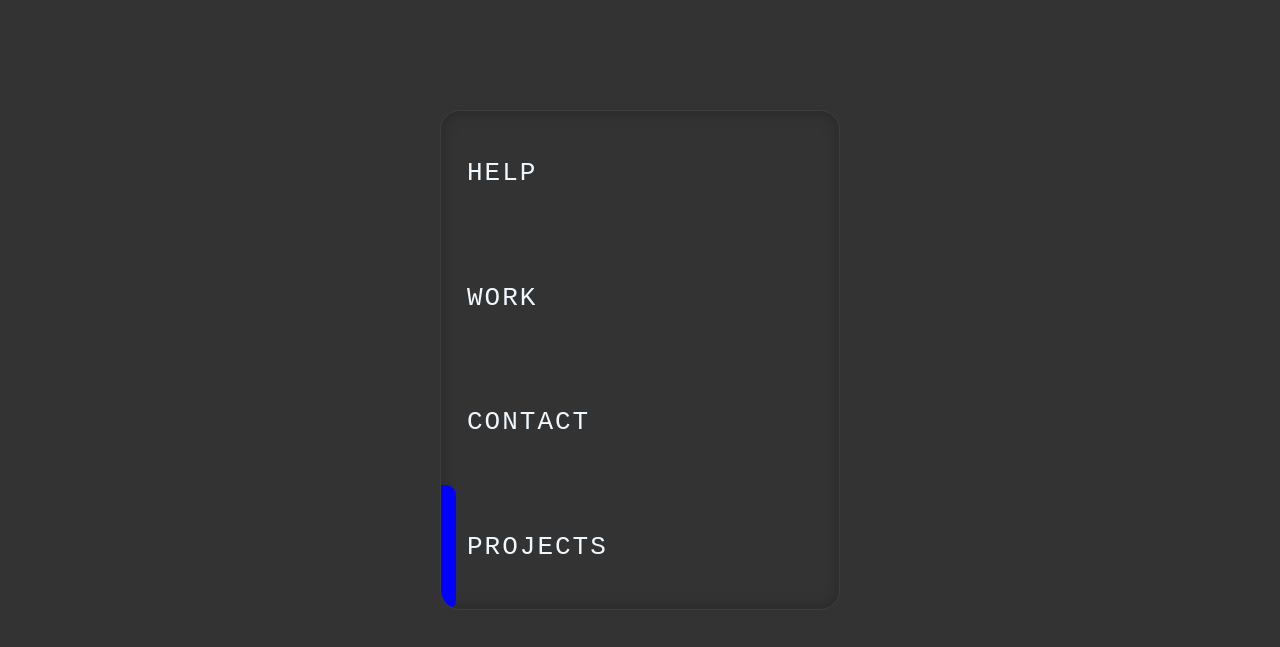
Repository: Rostyk-qq/Projects_Web
Page: menuRanLine/ranLine.html
These files come from the project's save history. The page is drawn as it stood at one moment and after a run of saves; the edit follows.
The browser window is 1280 px wide. The pictures show the whole page.

Above is the page before, as saved 2023-09-30 03:07:17.

### menuRanLine/ranLine.html
<!DOCTYPE html>
<html lang="en">
<head>
    <meta charset="UTF-8">
    <meta name="viewport" content="width=device-width, initial-scale=1.0">
    <link rel="stylesheet" href="./ranLine.css">
    <title>Document</title>
</head>
<body>
    <div class="wrapper">
        <ul class="menu">
            <li data-active-color="red" class="menu__list">
                <a href="#" class="menu__link">Help</a>
            </li>
            <li data-active-color="yellow"  class="menu__list">
                <a href="#" class="menu__link">Work</a>
            </li>
            <li data-active-color="green"  class="menu__list">
                <a href="#" class="menu__link">Contact</a>
            </li>
            <li data-active-color="blue"  class="menu__list _active">
                <a href="#" class="menu__link">Projects</a>
            </li>

            <div class="container__line">
                <div class="line"></div>
            </div>
        </ul>
    </div>
    <script src="./ranLine.js" ></script>
</body>
</html>

### menuRanLine/ranLine.css
*{
    margin: 0;
    padding: 0;
    box-sizing: border-box;
}
body{
    width: 100vw;
    height: 100vh;
    overflow: hidden;
}
.wrapper {
    width: 100%;
    height: 100%;
    display: grid;
    place-items: center;
    background-color: #333;
 }
.menu {
    position: relative;
    padding: 0;
    display: flex;
    flex-direction: column;
    flex-wrap: wrap;
    width: 400px;
    height: 500px;
    border-radius: 20px;
    overflow: hidden;
}
.menu__list {
    list-style-type: none;
    width: 100%;
    height: 25%;
    display: flex;
    align-items: center;
}
.menu__link {
    text-transform: uppercase;
    text-decoration: none;
    letter-spacing: 2px;
    color: aliceblue;
    padding-left: 26px;
    font-size: 26px;
    font-family: 'Courier New', Courier, monospace;
}
.container__line {
    position: absolute;
    left: 0;
    top: 0;
    width: 15px;
    height: 100%;
}
.line {
    position: absolute;
    top: 0;
    left: 0;
    width: 100%;
    border-radius: 0px 10px 10px 0px;
}

.menu{
    border: 1px solid transparent;
    box-shadow: inset 0px 0px 15px 0px transparent;
}
.loaded .menu {
    border: 1px solid rgba(255, 255, 255, 0.05);
    box-shadow: inset 0px 0px 15px 0px rgb(0, 0, 0, 0.25);
    transition: all 1.2s ease;
}
.menu__link{
    transform: translateX(-100%);
}
.loaded .menu__link{
    transform: translateX(0%);
    transition: transform 1.2s ease;
}
.loaded .menu__list:nth-child(1) .menu__link{
    transition-delay: .5s;
}
.loaded .menu__list:nth-child(2) .menu__link{
    transition-delay: .7s;
}
.loaded .menu__list:nth-child(3) .menu__link{
    transition-delay: .9s;
}
.loaded .menu__list:nth-child(4) .menu__link{
    transition-delay: 1.1s;
}
.container__line .line{
    transform: translateX(-100%);
}
.loaded .container__line .line{
    transform: translateX(0%);
    transition: transform 2s ease;
    transition-delay: 1s;
}

### menuRanLine/ranLine.js

window.addEventListener('load', windowLoad);

function windowLoad(e) {
    document.documentElement.classList.add('loaded');

    const menu = document.querySelector('ul.menu');
    let menuActiveElement;

    if(menu){
        menuActiveElement = document.querySelector('.container__line .line')
        const menuActiveItem = menu.querySelector('.menu__list._active')

        menuActiveItem ? setStyles(menuActiveItem) : null;
        menu.addEventListener('click', effectCreate)
    }
    function effectCreate(e){
        const target = e.target;

        if(target.closest('.menu__list')){
            const getItem = target.closest('.menu__list');
            const getItemActive = menu.closest('.menu__list._active');

            if(!getItem.classList.contains('_active')){
                getItemActive ? getItemActive.classList.remove('_active') : null;
            }
            setStyles(getItem)
            e.preventDefault();
        }
    }
    function setStyles(menuActiveItem) {
        menuActiveItem.classList.add('_active')
        menuActiveElement.style.cssText = `
            height: ${menuActiveItem.offsetHeight}px;
            top: ${menuActiveItem.offsetTop}px;
            background-color: ${menuActiveItem.dataset.activeColor};
            transition: all 1s ease;
        `
    }
}

After the next 2 saves:
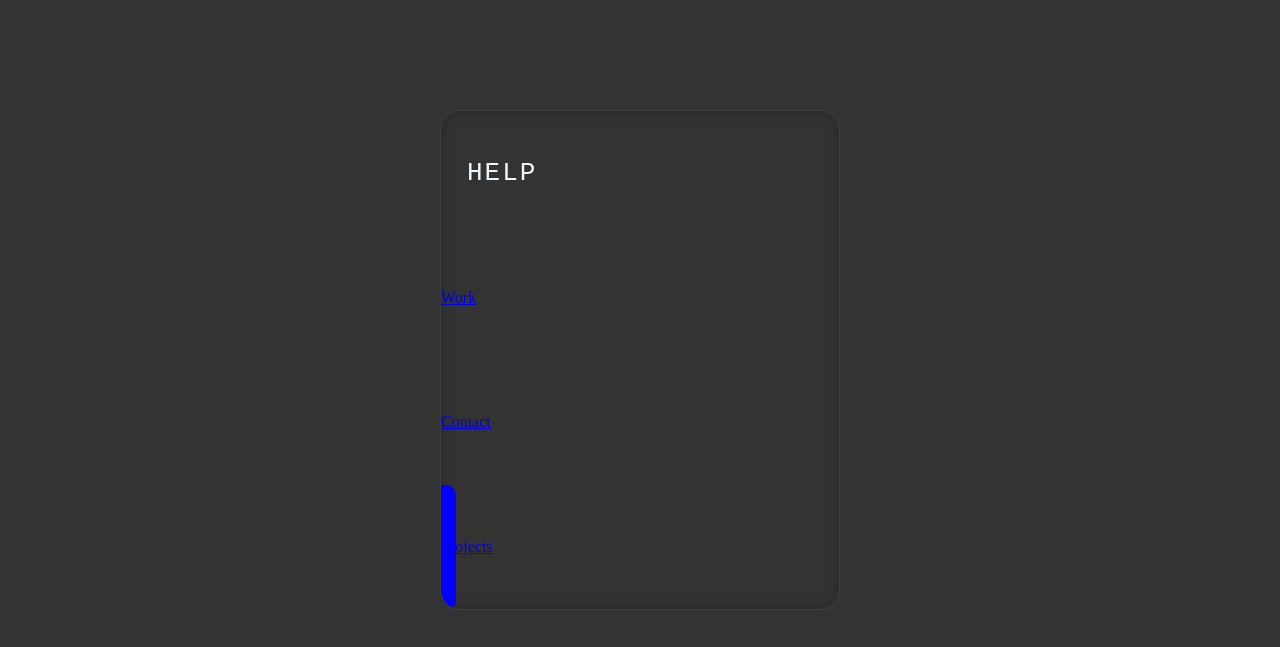
The 2 saves are shown as one change because they came seconds apart.
The last was saved 7 s later.
--- a/menuRanLine/ranLine.css
+++ b/menuRanLine/ranLine.css
@@ -33,6 +33,7 @@
     display: flex;
     align-items: center;
 }
+.menu__list:nth-child(1)
 .menu__link {
     text-transform: uppercase;
     text-decoration: none;

After the 2 saves that followed:
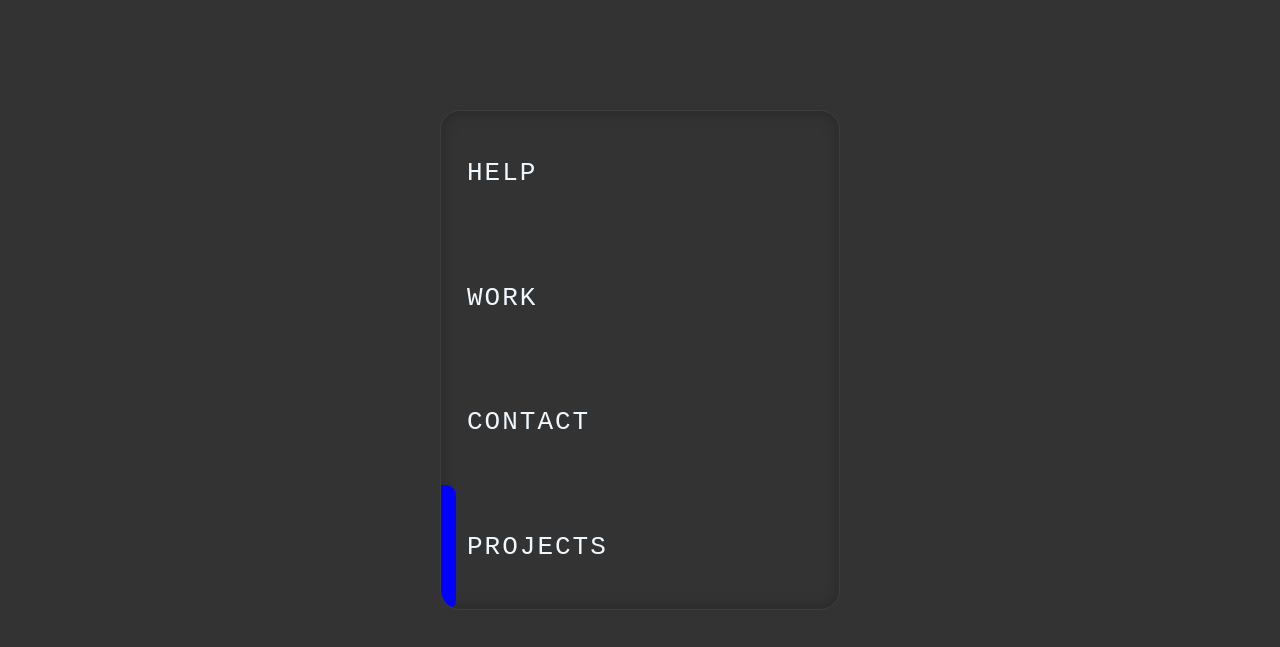
The 2 saves are shown as one change because they came seconds apart.
The last was saved 7 s later.
--- a/menuRanLine/ranLine.css
+++ b/menuRanLine/ranLine.css
@@ -33,7 +33,9 @@
     display: flex;
     align-items: center;
 }
-.menu__list:nth-child(1)
+.menu__list:nth-child(1){
+    padding-top: ;
+}
 .menu__link {
     text-transform: uppercase;
     text-decoration: none;
